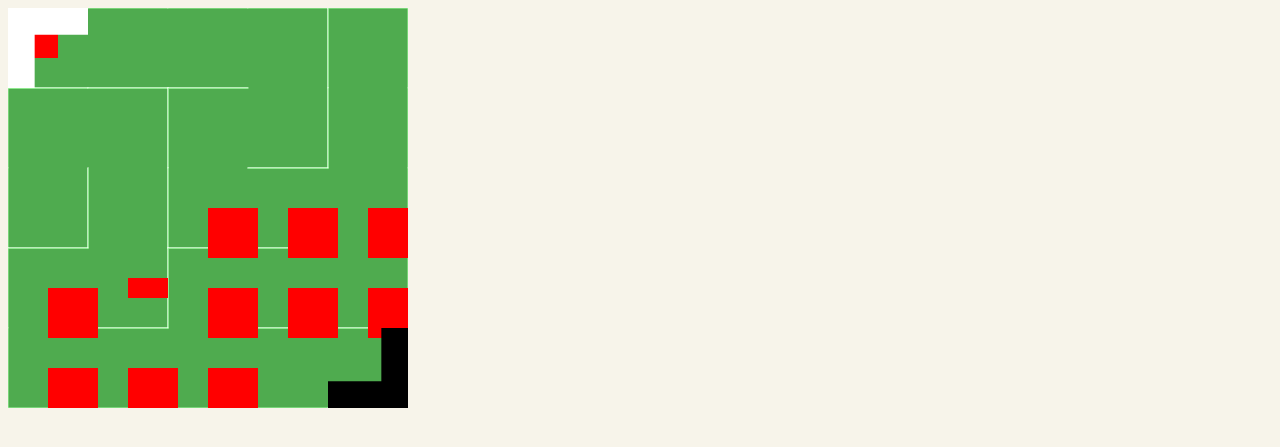
Repository: animarcus/maze-generator
Page: index.html
An editor plug-in stored every save of this project. The page is shown before and after a run of saves, followed by the edit.
The browser window is 1280 px wide. The pictures show the whole page.
Some web libraries are served in a nearby version.

Above is the page before, as saved 2020-09-12 20:01:02.

### index.html
<!DOCTYPE html>
<html lang="en">
<head>
  <link rel="apple-touch-icon" sizes="180x180" href="/icons/apple-touch-icon.png">
  <link rel="icon" type="image/png" sizes="32x32" href="/icons/favicon-32x32.png">
  <link rel="icon" type="image/png" sizes="16x16" href="/icons/favicon-16x16.png">
  <link rel="manifest" href="/icons/site.webmanifest">
  <link rel="mask-icon" href="/icons/safari-pinned-tab.svg" color="#5bbad5">
  <link rel="shortcut icon" href="/icons/favicon.ico">
  <meta name="msapplication-TileColor" content="#da532c">
  <meta name="msapplication-config" content="/icons/browserconfig.xml">
  <meta name="theme-color" content="#ffffff">

  <script type="text/javascript" src="https://cdn.jsdelivr.net/npm/p5@1.1.4/lib/p5.min.js"></script>
  <script src="js/cell.js"></script>
  <script src="js/sketch.js"></script>
  <script src="js/solver.js"></script>


  <link rel="stylesheet" href="css/style.css">
  <meta charset="UTF-8">
  <meta name="viewport" content="width=device-width, initial-scale=1.0, maximum-scale=1.0, user-scalable=0">
  <title>Maze Generator</title>
</head>
<body>
</body>
</html>

### js/cell.js
class Cell {
  constructor(i, j) {
    this.i = i;
    this.j = j;
    this.walls = [true,true,true,true];
    this.visited = false;
  }
  checkNeighbors() {
    let neighbors = [];
    // console.log(index(i+1  , j   ));
    let top     = grid[index(this.i    , this.j-1 )];
    let right   = grid[index(this.i+1  , this.j   )];
    let bottom  = grid[index(this.i    , this.j +1)];
    let left    = grid[index(this.i-1  , this.j   )];
    if (top && !top.visited) {
      neighbors.push(top);
    }
    if (right && !right.visited) {
      neighbors.push(right);
    }
    if (bottom && !bottom.visited) {
      neighbors.push(bottom);
    }
    if (left && !left.visited) {
      neighbors.push(left);
    }
    if (neighbors.length > 0) {
      let r = floor(Math.random() * neighbors.length);
      return neighbors[r];
    } else {
      return undefined;
    }
  }
  highlight() {
    let x = this.i * w;
    let y = this.j * w;
    fill(150, 0, 0, 255);
    noStroke();
    rect(x, y, w, w);
  }
  show() {
    let x = this.i*w;
    let y = this.j*w;
    stroke(255);
    if (this.walls[0]) {
      line(x,y,x+w,y);
    }
    if (this.walls[1]) {
      line(x+w,y,x+w,y+w);
    }
    if (this.walls[2]) {
      line(x+w,y+w,x,y+w);
    }
    if (this.walls[3]) {
      line(x,y+w,x,y);
    }
    if (this.visited) {
      noStroke();
      fill(100, 255, 100, 150);
      rect(x, y, w, w);
    }
  }
}

### js/sketch.js



let cols, rows;
let w = 80;
let grid = [];
let current;
let stack = [new Cell(0, 0)];

let generated;
let solveOK;

let exitPoint;

let solvedPath = [];

function setup() {
  createCanvas(400,400);
  cols = floor(width/w);
  rows = floor(width/w);
  console.log(rows, cols);
  exitPoint = [rows-1,cols-1];

  // frameRate(7);

  generated = false;
  solveOK = false;

  for (let j = 0; j < rows; j++) {
    for (let i = 0; i < cols; i++) {
      let cell = new Cell(i,j);
      grid.push(cell);
    }
  }
  current = grid[0];
}

function draw() {
  background(51);
  for (let i = 0; i < grid.length; i++) {
    grid[i].show();
  }
  solvedPath.forEach(maze.drawSolvedPath);

  if (!generated) {
    maze.generateMaze();
  } else if (solveOK) {
    if (solver.i === exitPoint[0] && solver.j === exitPoint[1]) {
      solver.i = 0;
      solver.j = 0;
    } else {
      maze.solveMaze();
    }
  }
}


let maze = {
  generateMaze : function() {
    current.visited = true;
    current.highlight();
    let next = current.checkNeighbors();
    // console.log(stack);
    if (next) {
      next.visited = true;
      //step 2
      stack.push(next);
      //step 3
      removeWalls(current, next);
      //step 4
      current = next;
    } else if (stack.length > 0) {
      current = stack.pop();
      if (stack.length == 0) {
        frameRate(3);
        solver = new Solver(2, 2);
        generated = true;

        solveOK = true;
      }
    }
  },
  solveMaze : function() {
    // grid[0].highlight();
    noStroke();
    fill(color("white"));
    rect(grid[0].i, grid[0].j, w/3, w);
    rect(grid[0].i, grid[0].j, w, w/3);
    fill(color("black"));
    rect(grid[grid.length-1].i*w + w, grid[grid.length-1].j*w + w, -w/3, -w);
    rect(grid[grid.length-1].i*w + w, grid[grid.length-1].j*w + w, -w, -w/3);

    fill(color("red"));
    // rect(solver.i+w/10,solver.j+w/10,w-w/5,w-w/5);
    solver.draw();
    solver.move();
  },
  drawSolvedPath : function(coords, index) {
    rect(0, 0, 50,50)
    let i = coords.i;
    let j = coords.j;
    console.log(" ");
    console.log(i, j);
    fill(color("red"));
    rect(i + w/2, j + w/2, 50,50);
  }
};


function index(i, j) {
  if (i < 0 || j < 0 || i > cols-1 || j > rows-1) {
    return -1;
  }
  return i + j * cols;
}


function removeWalls(a, b) {
  let x = a.i - b.i;
  if (x === 1) {
    a.walls[3] = false;
    b.walls[1] = false;
  } else if (x == -1) {
    a.walls[1] = false;
    b.walls[3] = false;
  }

  let y = a.j - b.j;
  if (y === 1) {
    a.walls[0] = false;
    b.walls[2] = false;
  } else if (y === -1) {
    a.walls[2] = false;
    b.walls[0] = false;
  }

}

### js/solver.js
let facing;
class Solver {
  constructor(x, y) {
    this.i = x;
    this.j = y;
    this.direction = 1; // up-right-down-left
  }
  draw() {
    this.current = grid[index(this.i, this.j)];

    fill(color("red"));
    // this.direction = Math.abs(this.direction);
    let x = this.i*w;
    let y = this.j*w;
    if (this.direction % 4 === 0) {
      this.facing = grid[index(this.i, this.j-1)];
      rect(x + w/2-w/8, y + w/2, w/4, -w/2);
    } else if (this.direction % 4 === 1) {
      rect(x + w/2, y + w/2-w/8, w/2, w/4);
      this.facing = grid[index(this.i+1, this.j)];
    } else if (this.direction % 4 === 2) {
      rect(x + w/2-w/8, y + w/2, w/4, w/2);
      this.facing = grid[index(this.i, this.j+1)];
    } else if (this.direction % 4 === 3) {
      rect(x + w/2, y + w/2-w/8, -w/2, w/4);
      this.facing = grid[index(this.i-1, this.j)];
    }
  }
  move() {
    solvedPath.push({"i" : this.i*w, "j" : this.j*w});
    // console.log(" ");
    if (this.current.walls[solveDirection(this.direction)] ||
        (this.facing.i === undefined || this.facing.j === undefined)) {//iswallfront
      // console.log("wall in front"); // wall in front

      if (this.current.walls[solveDirection(this.direction + 1)]) {//iswallright
        // console.log("wall on right", solveDirection(this.direction -1)); // wall on right
        if (this.current.walls[solveDirection(this.direction - 1)]) { //iswallleft
          // console.log("wall on left");
          this.direction += 1;//turn right
        } else {
          this.direction -= 1;//turn left
        }

      } else { //turn right
        this.direction += 1;
      }
    } else {//nowallfront
      this.i = this.facing.i;
      this.j = this.facing.j;
      this.current = grid[index(this.i, this.j)];
      if (!this.current.walls[solveDirection(this.direction + 1)]) {
        this.direction += 1;
      }
    }
    // up wall check : this.current.walls[0] && this.facing.walls[2]
    // right wall check : this.current.walls[1] && this.facing.walls[3]
    // down wall check : this.current.walls[2] && this.facing.walls[0]
    // left wall check : this.current.walls[3] && this.facing.walls[1]
  }
}


function solveDirection(dir) {
  if (dir < 0) {
    dir += 4;
  }
  if (dir % 4 === 0) {
    dir = 0;
  } else if (dir % 4 === 1) {
    dir = 1;
  } else if (dir % 4 === 2) {
    dir = 2;
  } else if (dir % 4 === 3) {
    dir = 3;
  }
  return dir;
}

### css/style.css
* {
  cursor: default;
  /* -webkit-touch-callout: none;
  -webkit-user-select: none;
  -khtml-user-select: none;
  -moz-user-select: none;
  -ms-user-select: none;
  user-select: none; */
}
body {
  background: #f7f4ea;
  height: 100%;
  overflow-y: hidden;
  overflow-x: hidden;
  /* border-radius: 50%; */
}

/* p {
  position: absolute;
  top:50%;
  left:50%;
  transform: translate(-50%,-50%);
} */

After the next 2 saves:
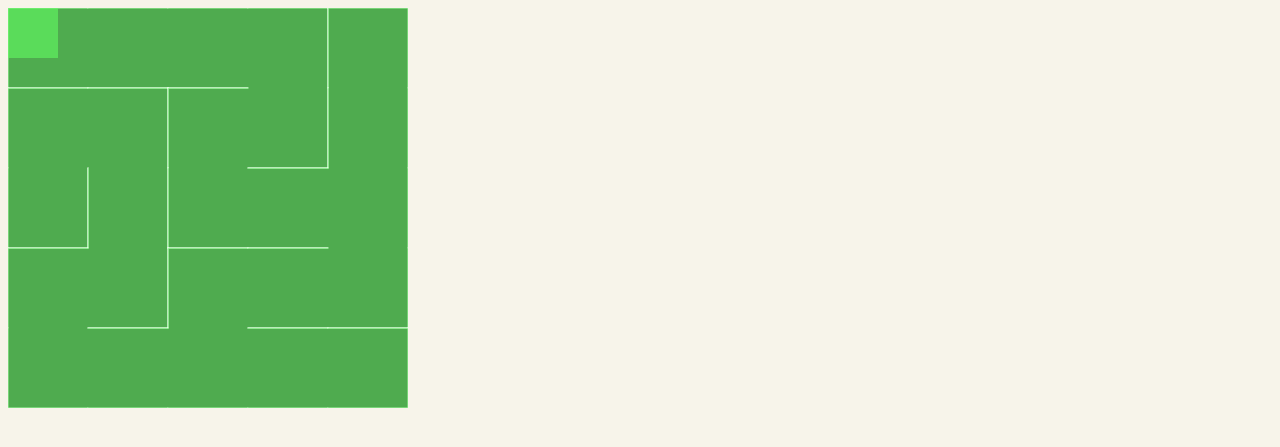
Console error: ReferenceError: x is not defined
The 2 saves are shown as one change because they came seconds apart.
The last was saved 38 s later.
--- a/js/sketch.js
+++ b/js/sketch.js
@@ -102,7 +102,8 @@
     console.log(" ");
     console.log(i, j);
     fill(color("red"));
-    rect(i + w/2, j + w/2, 50,50);
+    // x + w/2, y + w/2-w/8, w/2, w/4
+    rect(x + w/2, y + w/2-w/8, w/2, w/4);
   }
 };
 

After the save that followed:
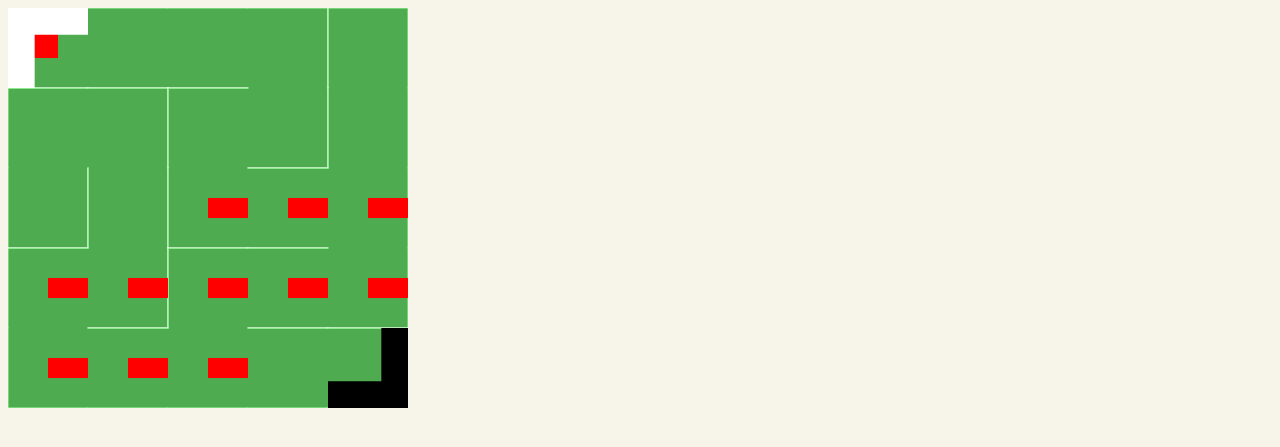
The error is gone.
Saved 22 s later.
--- a/js/sketch.js
+++ b/js/sketch.js
@@ -97,10 +97,10 @@
   },
   drawSolvedPath : function(coords, index) {
     rect(0, 0, 50,50)
-    let i = coords.i;
-    let j = coords.j;
+    let x = coords.i;
+    let y = coords.j;
     console.log(" ");
-    console.log(i, j);
+    console.log(x, y);
     fill(color("red"));
     // x + w/2, y + w/2-w/8, w/2, w/4
     rect(x + w/2, y + w/2-w/8, w/2, w/4);
